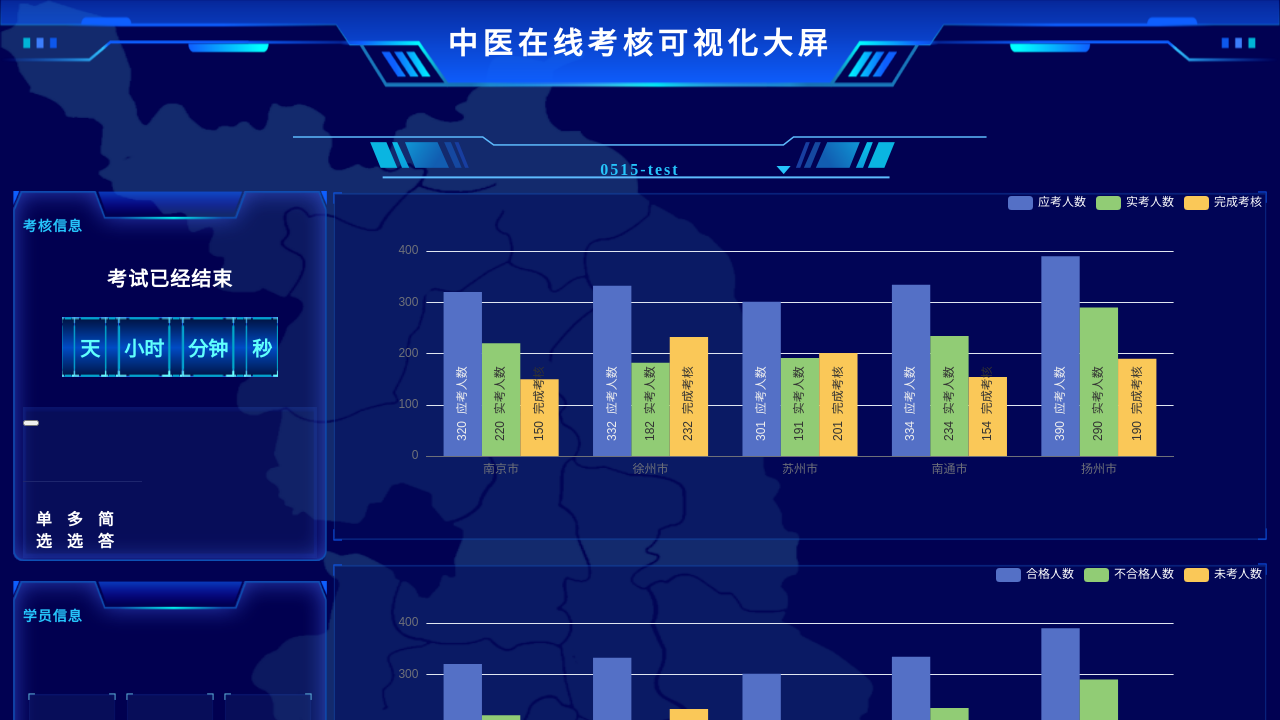
Repository: krislorem/medicine-online-datascreen-vue
Page: /
An editor plug-in stored every save of this project. The page is shown before and after the next save, followed by the edit.
The browser window is 1280 px wide. The pictures show the whole page.
The project was rebuilt for these pictures with package versions that can differ from the ones it lists, and the page was loaded fresh each time. Also part of the build but not shown: vite.config.ts.

Above is the page before, as saved 2024-12-04 20:45:50.

### src/main.ts
import './assets/main.css'

import { createApp } from 'vue'
import { createPinia } from 'pinia'
import ElementPlus from 'element-plus'
import 'element-plus/dist/index.css'
import App from './App.vue'
import router from './router'

const app = createApp(App)

app.use(createPinia())
app.use(router)
app.use(ElementPlus)
app.mount('#app')

### src/assets/main.css
body, html {
  width: 100%;
  height: 100%;
  overflow: hidden;
  margin: 0;
  padding: 0;
  width: 100vw;
  height: 100vh
}

#app {
  width: 100%;
  height: 100%
}

### src/App.vue
<template>
  <div>
    <RouterView></RouterView>
  </div>
</template>

<script setup lang="ts">

</script>

<style scoped>
</style>

### src/views/HomeView.vue
<template>
  <div class="home">
    <nav>
      <h1>中医在线考核可视化大屏</h1>
    </nav>
    <div id="mid-bar">
      <select id="info">
        <option>0515-test</option>
      </select>
    </div>
    <div id="all-info">
      <div id="left">
        <div class="item item-1">
          <p class="top-name"><span>考核信息</span></p>
          <p class="time-title"><span>考试已经结束</span></p>
          <div class="time-container">
            <div class="time-box" style=";"><span class="time-num">{{ }}</span></div>
            <div class="time-box" style=";"><span class="time-num">天</span></div>
            <div class="time-box" style=";"><span class="time-num">{{ }}</span></div>
            <div class="time-box" style=";"><span class="time-num">小时</span></div>
            <div class="time-box" style=";"><span class="time-num">{{ }}</span></div>
            <div class="time-box" style=";"><span class="time-num">分钟</span></div>
            <div class="time-box" style=";"><span class="time-num">{{ }}</span></div>
            <div class="time-box" style=";"><span class="time-num">秒</span></div>
          </div>
          <div class="result">
            <div class="ivu-carousel" style="height: 100%;">
              <button type="button" class="left ivu-carousel-arrow ivu-carousel-arrow-hover">
                <i class="ivu-icon ivu-icon-ios-arrow-back"></i>
              </button>
              <div class="ivu-carousel-list">
                <div class="ivu-carousel-track higher"
                  style="width: 119px; transform: translate3d(0px, 0px, 0px); transition: transform 500ms; visibility: visible;">
                  <div class="ivu-carousel-item" style="width: 119px; height: auto; left: 0px;">
                    <div class="res-topbar">
                      <span>{{ }}</span>
                      <span>{{ }}</span>
                    </div>
                    <div class="res-box">
                      <div class="res-item">
                        <span>单选</span>
                        <p>{{ }}</p>
                      </div>
                      <div class="res-item">
                        <span>多选</span>
                        <p>{{ }}</p>
                      </div>
                      <div class="res-item">
                        <span>简答</span>
                        <p>{{ }}</p>
                      </div>
                    </div>
                  </div>
                </div>
              </div>
            </div>

          </div>
        </div>
        <div class="item item-2">
          <p class="top-name i2-top"><span>学员信息</span></p>
          <div class="i2">
            <div class="box">
              <p class="num bg-lg-blue">{{ }}</p>
              <p class="title bg-lg-blue">应考人数</p>
            </div>
            <div class="box">
              <p class="num bg-lg-cyan">{{ }}</p>
              <p class="title bg-lg-cyan">签到人数</p>
            </div>
            <div class="box">
              <p class="num bg-lg-red">{{ }}</p>
              <p class="title bg-lg-red">实考人数</p>
            </div>
            <div class="box">
              <p class="num bg-lg-blue">{{ }}</p>
              <p class="title bg-lg-blue">分配试卷</p>
            </div>
            <div class="box">
              <p class="num bg-lg-cyan">{{ }}</p>
              <p class="title bg-lg-cyan">答题中</p>
            </div>
            <div class="box">
              <p class="num bg-lg-red">{{ }}</p>
              <p class="title bg-lg-red">完成考试</p>
            </div>
            <div class="box">
              <p class="num bg-lg-blue2">{{ }}</p>
              <p class="title bg-lg-blue2">未签到</p>
            </div>
            <div class="box">
              <p class="num bg-lg-cyan2">{{ }}</p>
              <p class="title bg-lg-cyan2">未考核</p>
            </div>
            <div class="box">
              <p class="num bg-lg-red2">{{ }}</p>
              <p class="title bg-lg-red2">合格人数</p>
            </div>
          </div>
        </div>
      </div>
      <div id="right">
        <div class="item mb-22">
          <div style="width: 100%;height: 335px;">
            <div id="msg1"
              style="width: 100%; height: 335px; -webkit-tap-highlight-color: transparent; user-select: none; position: relative;">
            </div>
          </div>
        </div>
        <div class="item">
          <div style="width: 100%; height: 335px;">
            <div id="msg2"
              style="width: 100%; height: 335px; -webkit-tap-highlight-color: transparent; user-select: none; position: relative;">
            </div>
          </div>
        </div>
      </div>
    </div>
  </div>
</template>

<style scoped>
body {
  font-family: Helvetica Neue, Helvetica, PingFang SC, Hiragino Sans GB, Microsoft YaHei, "\5FAE\8F6F\96C5\9ED1", Arial, sans-serif;
  font-size: 12px;
  line-height: 1.5;
  color: #515a6e;
  background-color: #fff;
  -webkit-font-smoothing: antialiased;
  -moz-osx-font-smoothing: grayscale;
}

.home {
  background: #010152 url(/ditu.png) 50% no-repeat;
  background-size: 100% 100%;
}

.home nav {
  background-image: url(/dingbu.png);
  background-size: 100% 100%;
  background-repeat: no-repeat;
  overflow: hidden;
  display: -webkit-box;
  display: -ms-flexbox;
  display: flex;
  -webkit-box-align: center;
  -ms-flex-align: center;
  align-items: center;
}

.home nav h1 {
  font-size: 30px;
  font-family: PingFangSC-Semibold, PingFang SC;
  font-weight: 600;
  color: #fff;
  line-height: 58px;
  letter-spacing: 5px;
  margin: 15px auto;
}

.home #mid-bar {
  width: 694px;
  height: 43px;
  background: url(/nav.png) no-repeat;
  margin: 48px auto 0;
  padding-top: 12px;
  display: -webkit-box;
  display: -ms-flexbox;
  display: flex;
  -webkit-box-pack: center;
  -ms-flex-pack: center;
  justify-content: center;
  -webkit-box-align: center;
  -ms-flex-align: center;
  align-items: center;
}

.home #mid-bar #info {
  appearance: none;
  -moz-appearance: none;
  -webkit-appearance: none;
  background: transparent url('/jiantou.png') no-repeat scroll 100%;
  width: 302px;
  height: 22px;
  font-size: 16px;
  text-align: center;
  font-family: PingFangSC-Semibold, PingFang SC;
  font-weight: 600;
  color: #26c5fb;
  line-height: 22px;
  letter-spacing: 2px;
  border: none;
}

#all-info {
  width: 100%;
  height: 796px;
  display: -webkit-box;
  display: -ms-flexbox;
  display: flex;
  -ms-flex-pack: distribute;
  justify-content: space-around;
}

#all-info #left {
  width: 23%;
  height: 100%;
}


#all-info #left .item {
  height: 44%;
  width: 100%;
  padding: 10px;
  background-image: url(/kuang2.png);
  background-size: 100% 100%;
}

#all-info #left .item .top-name>span {
  width: 64px;
  height: 20px;
  font-size: 14px;
  font-family: PingFangSC-Semibold, PingFang SC;
  font-weight: 600;
  color: #26c5fb;
  line-height: 20px;
  letter-spacing: 1px;
}

#all-info #left .item-1 {
  margin-bottom: 20px;
}

#all-info #left .item-1 .time-title {
  text-align: center;
  font-size: 20px;
  font-family: PingFangSC-Semibold, PingFang SC;
  font-weight: 600;
  color: #fff;
  line-height: 20px;
  letter-spacing: 1px;
  margin: 32px auto 28px;
}

#all-info #left .item-1 .time-container {
  height: 60px
}

#all-info #left .item-1 .time-container,
#all-info #left .item-1 .time-container .time-box {
  display: -webkit-box;
  display: -ms-flexbox;
  display: flex;
  -webkit-box-pack: center;
  -ms-flex-pack: center;
  justify-content: center;
}

#all-info #left .item-1 .time-container .time-box {
  background-image: url('/kuang3.png');
  background-repeat: no-repeat;
  background-size: 100% 100%;
  -webkit-box-align: center;
  -ms-flex-align: center;
  align-items: center;
  background-color: #d7606b;
}

#all-info #left .item-1 .time-container .time-box .time-num {
  font-size: 20px;
  padding: 6px;
  font-family: PingFangSC-Semibold, PingFang SC;
  font-weight: 600;
  color: #60fffd
}

#all-info #left .item-1 .time-container .time-box .dupunkto {
  font-size: 28px;
  font-family: PingFangSC-Semibold, PingFang SC;
  font-weight: 600;
  color: #60fffd
}

#all-info #left .item-1 .result {
  width: 100%;
  height: 43%;
  background-image: url('/kuang4.png');
  background-size: 100% 100%;
  margin: 30px auto 0;
  font-size: 16px;
  font-family: PingFangSC-Semibold, PingFang SC;
  font-weight: 600;
  color: #fff;
  line-height: 22px;
}

#all-info #left .item-1 .result .res-sub-title {
  width: 100%;
  height: 100%;
  display: -webkit-box;
  display: -ms-flexbox;
  display: flex;
  -webkit-box-align: center;
  -ms-flex-align: center;
  align-items: center;
  -webkit-box-pack: center;
  -ms-flex-pack: center;
  justify-content: center;
  font-size: 20px;
  font-family: PingFangSC-Semibold, PingFang SC;
  font-weight: 600
}

#all-info #left .item-1 .result .res-topbar {
  height: 47px;
  border-bottom: 1px solid #1e266e;
  -webkit-box-align: end;
  -ms-flex-align: end;
  align-items: flex-end;
  padding: 0 19px 5px 14px
}

#all-info #left .item-1 .result .res-box,
#all-info #left .item-1 .result .res-topbar {
  display: -webkit-box;
  display: -ms-flexbox;
  display: flex;
  -webkit-box-pack: justify;
  -ms-flex-pack: justify;
  justify-content: space-between
}

#all-info #left .item-1 .result .res-box {
  height: 57px;
  margin: 27px 13px 0
}

#all-info #left .item-1 .result .res-box .res-item {
  display: -webkit-box;
  display: -ms-flexbox;
  display: flex;
  -webkit-box-orient: vertical;
  -webkit-box-direction: normal;
  -ms-flex-direction: column;
  flex-direction: column;
  -ms-flex-pack: distribute;
  justify-content: space-around;
  -webkit-box-align: center;
  -ms-flex-align: center;
  align-items: center
}

#all-info #left .item-1 .result .res-box p {
  margin-top: 13px
}

#all-info #left .item-2 {
  display: -webkit-box;
  display: -ms-flexbox;
  display: flex;
  -webkit-box-orient: vertical;
  -webkit-box-direction: normal;
  -ms-flex-direction: column;
  flex-direction: column
}


#all-info #left .item-2 .i2-top {
  padding-bottom: 30px;
}

#all-info #left .item-2 .i2 {
  width: 100%;
  margin: 20px auto;
  display: -webkit-box;
  display: -ms-flexbox;
  display: flex;
  -ms-flex-wrap: wrap;
  flex-wrap: wrap;
  -ms-flex-pack: distribute;
  justify-content: space-around;
}

#all-info #left .item-2 .i2 .box {
  width: 30%;
  height: 67px;
  margin-bottom: 20px;
  padding: 20px auto;
  background-image: url('/kuang5.png');
  background-size: 100%;
  background-repeat: no-repeat;
}

#all-info #left .item-2 .i2 .box>.num {
  width: 77px;
  height: 45px;
  font-size: 27px;
  line-height: 45px
}

#all-info #left .item-2 .i2 .box>.num,
#all-info #left .item-2 .i2 .box>.title {
  font-family: PingFangSC-Semibold, PingFang SC;
  font-weight: 600;
  color: #fff;
  text-align: center;
  background-clip: text;
  -webkit-background-clip: text;
  -webkit-text-fill-color: transparent;
  margin: 0 auto;
}

#all-info #left .item-2 .i2 .box>.title {
  width: 64px;
  height: 22px;
  font-size: 15px;
  line-height: 22px
}

#all-info #right {
  width: 73%;
  height: 100%;
}

#all-info #right .item {
  width: 100%;
  height: 350px;
  background-image: url(/kuang1.png);
  background-size: 100% 100%
}

#all-info #right .mb-22 {
  margin-bottom: 22px
}

.bg-lg-blue {
  background: -webkit-gradient(linear, left top, left bottom, from(#8ac4ff), to(#5999f4));
  background: linear-gradient(180deg, #8ac4ff, #5999f4)
}

.bg-lg-cyan {
  background: -webkit-gradient(linear, left top, left bottom, from(#92eef2), to(#62e4eb));
  background: linear-gradient(180deg, #92eef2, #62e4eb)
}

.bg-lg-red {
  background: -webkit-gradient(linear, left top, left bottom, from(#ee3f47), to(#9a1b35));
  background: linear-gradient(180deg, #ee3f47, #9a1b35)
}

.bg-lg-blue2 {
  background: -webkit-gradient(linear, left top, left bottom, from(#4d7ed5), to(#0a47b3));
  background: linear-gradient(180deg, #4d7ed5, #0a47b3)
}

.bg-lg-cyan2 {
  background: -webkit-gradient(linear, left top, left bottom, from(#3bd3d6), to(#158c98));
  background: linear-gradient(180deg, #3bd3d6, #158c98)
}

.bg-lg-red2 {
  background: -webkit-gradient(linear, left top, left bottom, from(#d7606b), to(#a72f4d));
  background: linear-gradient(180deg, #d7606b, #a72f4d)
}
</style>
<script setup lang="ts">
import * as echarts from 'echarts';
import { onMounted } from 'vue'
const labelOption = {
  show: true,
  position: 'insideBottom',
  distance: 15,
  align: 'left',
  verticalAlign: 'middle',
  rotate: 90,
  formatter: '{c}  {name|{a}}',
  fontSize: 12,
  rich: {
    name: {}
  }
};
const option1 = {
  tooltip: {
    trigger: 'axis',
    axisPointer: {
      type: 'shadow'
    }
  },
  legend: {
    left: 'right',
    textStyle: {
      color: '#fff',
    },
    data: ['应考人数', '实考人数', '完成考核']
  },
  xAxis: [
    {
      type: 'category',
      axisTick: { show: false },
      data: ['南京市', '徐州市', '苏州市', '南通市', '扬州市']
    }
  ],
  yAxis: [
    {
      type: 'value'
    }
  ],
  series: [
    {
      name: '应考人数',
      type: 'bar',
      barGap: 0,
      label: labelOption,
      emphasis: {
        focus: 'series'
      },
      data: [320, 332, 301, 334, 390]
    },
    {
      name: '实考人数',
      type: 'bar',
      label: labelOption,
      emphasis: {
        focus: 'series'
      },
      data: [220, 182, 191, 234, 290]
    },
    {
      name: '完成考核',
      type: 'bar',
      label: labelOption,
      emphasis: {
        focus: 'series'
      },
      data: [150, 232, 201, 154, 190]
    }
  ]
};
const option2 = {
  tooltip: {
    trigger: 'axis',
    axisPointer: {
      type: 'shadow'
    }
  },
  legend: {
    left: 'right',
    textStyle: {
      color: '#fff',
    },
    data: ['合格人数', '不合格人数', '未考人数']
  },
  xAxis: [
    {
      type: 'category',
      axisTick: { show: false },
      data: ['南京市', '徐州市', '苏州市', '南通市', '扬州市']
    }
  ],
  yAxis: [
    {
      type: 'value'
    }
  ],
  series: [
    {
      name: '合格人数',
      type: 'bar',
      barGap: 0,
      label: labelOption,
      emphasis: {
        focus: 'series'
      },
      data: [320, 332, 301, 334, 390]
    },
    {
      name: '不合格人数',
      type: 'bar',
      label: labelOption,
      emphasis: {
        focus: 'series'
      },
      data: [220, 182, 191, 234, 290]
    },
    {
      name: '未考人数',
      type: 'bar',
      label: labelOption,
      emphasis: {
        focus: 'series'
      },
      data: [150, 232, 201, 154, 190]
    }
  ]
};
onMounted(() => {
  let chartDom1 = document.getElementById('msg1');
  let chartDom2 = document.getElementById('msg2');
  let myChart1 = echarts.init(chartDom1);
  let myChart2 = echarts.init(chartDom2);
  option1 && myChart1.setOption(option1);
  option2 && myChart2.setOption(option2);
})


</script>

Loaded but not shown: index.html (common file); src/router/index.ts (common file)

After the next save:
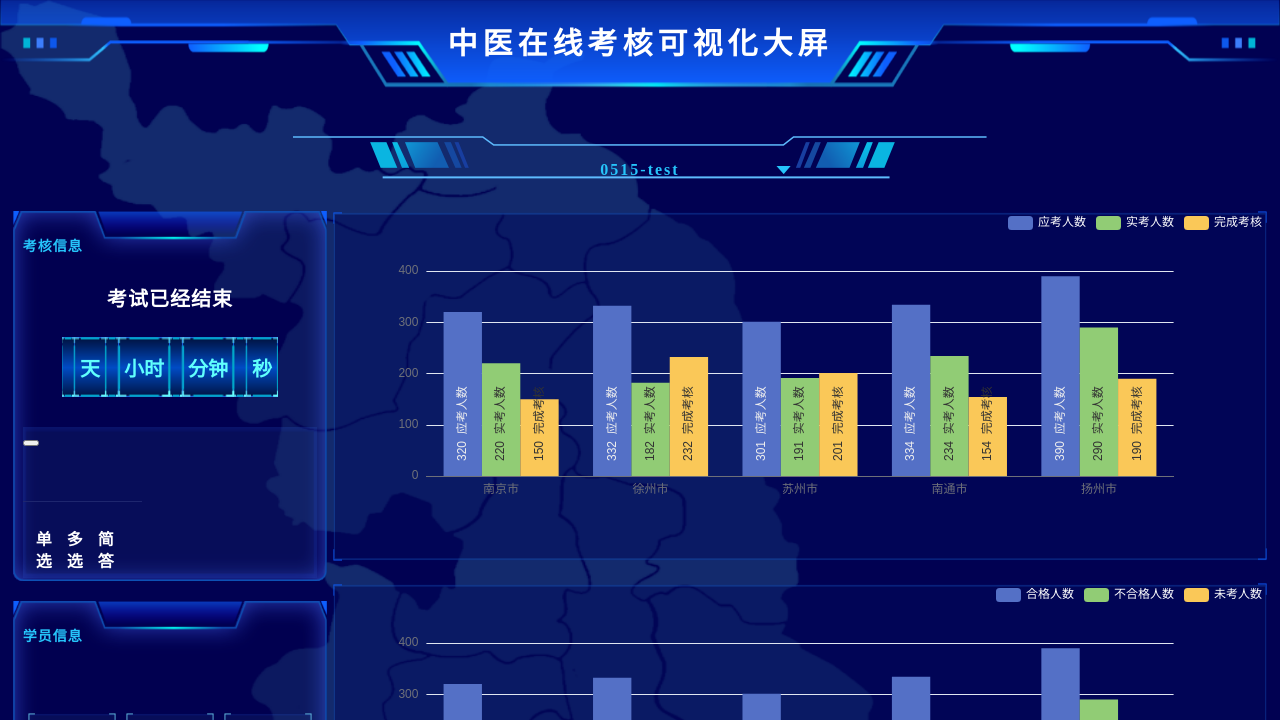
Saved 46 s later.
--- a/src/views/HomeView.vue
+++ b/src/views/HomeView.vue
@@ -195,6 +195,7 @@ body {
 #all-info {
   width: 100%;
   height: 796px;
+  margin: 20px auto 10px;
   display: -webkit-box;
   display: -ms-flexbox;
   display: flex;
